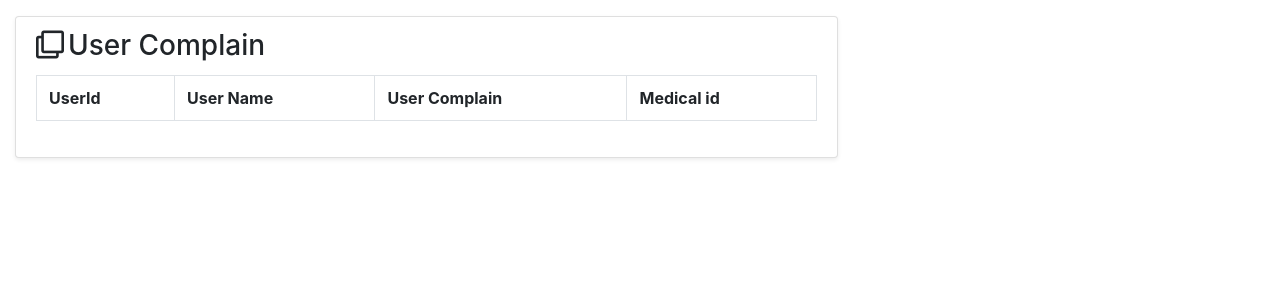
Repository: TanviRathore/Online-medicare-backend
Page: http://localhost/Medicare/showComp.jsp
These files come from the project's save history. The page is drawn as it stood at one moment and after the next save; the edit follows.
The browser window is 1280 px wide. The pictures show the whole page.
Some web libraries are served in a nearby version. The page is served by Tomcat 9. Queries for data that is not in the repository find no rows.

Above is the page before, as saved 2022-04-28 09:21:10.
Not found: Medicare/Medicare/demo.css

After the next save:
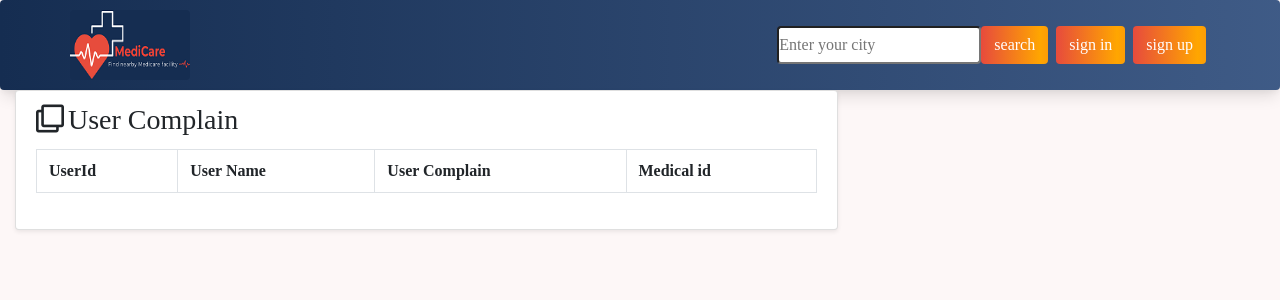
Saved 3 min 15 s later.
--- a/Medicare/WebContent/showComp.jsp
+++ b/Medicare/WebContent/showComp.jsp
@@ -16,20 +16,35 @@
 
 	    <link rel="stylesheet" href="style.css">
 </head>
-<body>
+<body style="background-color: rgb(253, 247, 247); font-family: 'Satisfy', cursive; overflow-x: hidden;">
 
-
-
-<header class="ScriptHeader">
-    <div class="rt-container">
-    	<div class="col-rt-12">
-        	<div class="rt-heading">
-
-                <p> </p>
+    <header>
+        <nav class="navbar navbar-expand-md rounded d-flex justify-content-between">
+            <div style="height:70px; width: 120px;">
+                <div style="width: 100%; height: 100%;">
+                    <img src="./assets/Logo (2).png" alt="logo" style="width:100%; height: 100%; background-size: 200% auto;" class="rounded"/>
+                </div>
             </div>
-        </div>
-    </div>
-</header>
+            <div class="d-flex flex-row justify-content-between">
+                <div>
+                    <form class="d-flex flex-row m-1" action="city.jsp">
+                        <input type="text" name="city" placeholder="Enter your city" class="rounded" required/>
+                        <input type="submit" value="search" class="rounded btn text-white"/>
+                    </form>
+                </div>
+                <div>
+                    <a class="btn button-outline-none text-white m-1" href="signin.html">
+                        sign in
+                    </a>
+                </div>
+                <div>
+                    <a class="btn button-outline-none text-white m-1" href="signup.html">
+                        sign up
+                    </a>
+                </div>
+            </div>
+        </nav>
+    </header>
 
 <section>
     <div class="rt-container">
